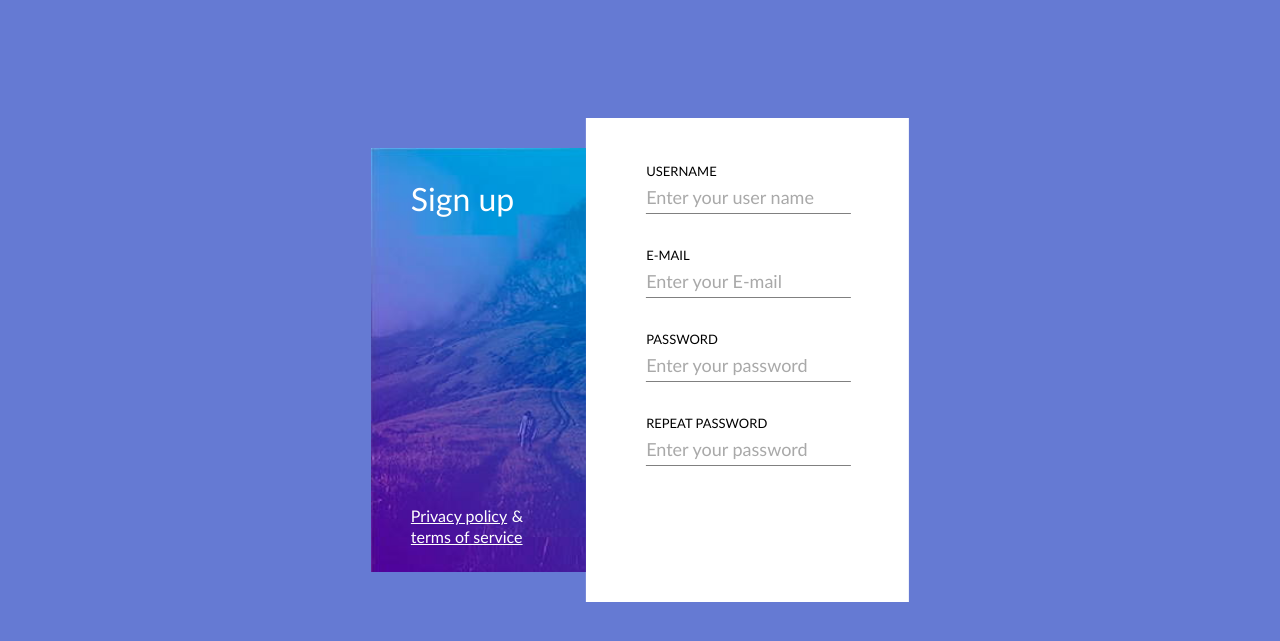
Repository: motiejus1/11-paskaita-adobexd-registracija
Page: index.html
These files come from the project's save history. The page is drawn as it stood at one moment and after the next save; the edit follows.
The browser window is 1280 px wide. The pictures show the whole page.

Above is the page before, as saved 2021-06-17 20:21:49.

After the next save:
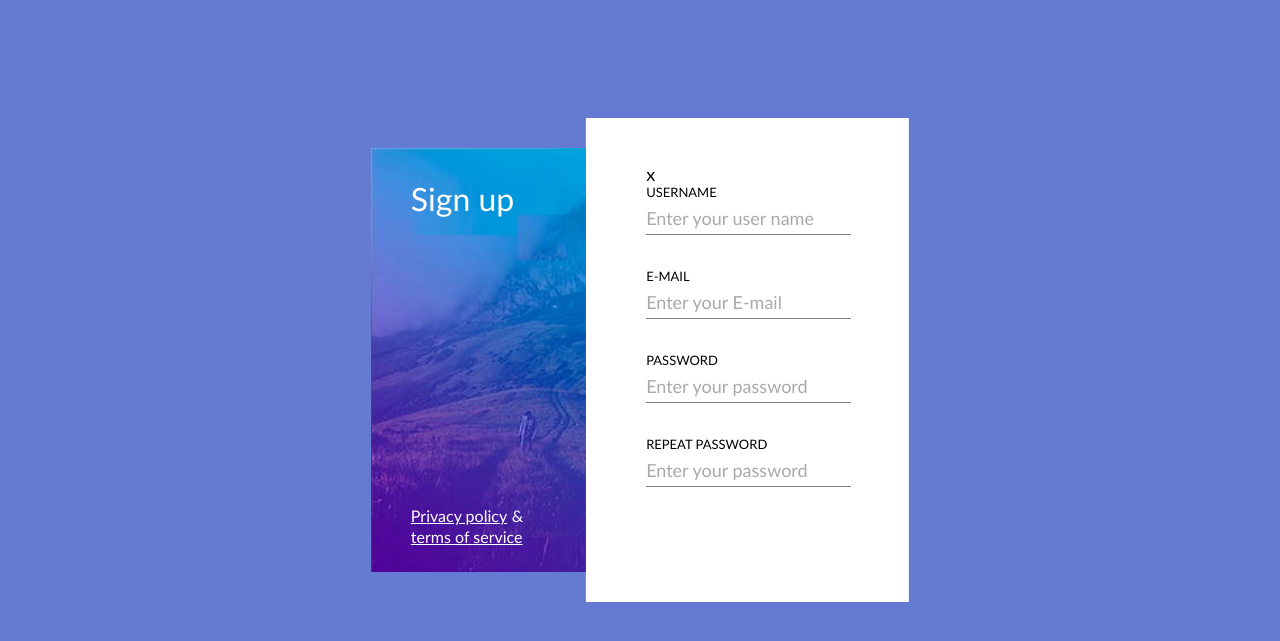
Saved 9 s later.
--- a/index.html
+++ b/index.html
@@ -138,7 +138,7 @@
         </div>
         <div class="right-column">
             <div class="right-column-container">
-                <span class="close"></span>
+                <span class="close">x</span>
                 <div class="input">
                     <label for="username">Username</label>
                     <input placeholder="Enter your user name" type="text" id="username" name="username" />
